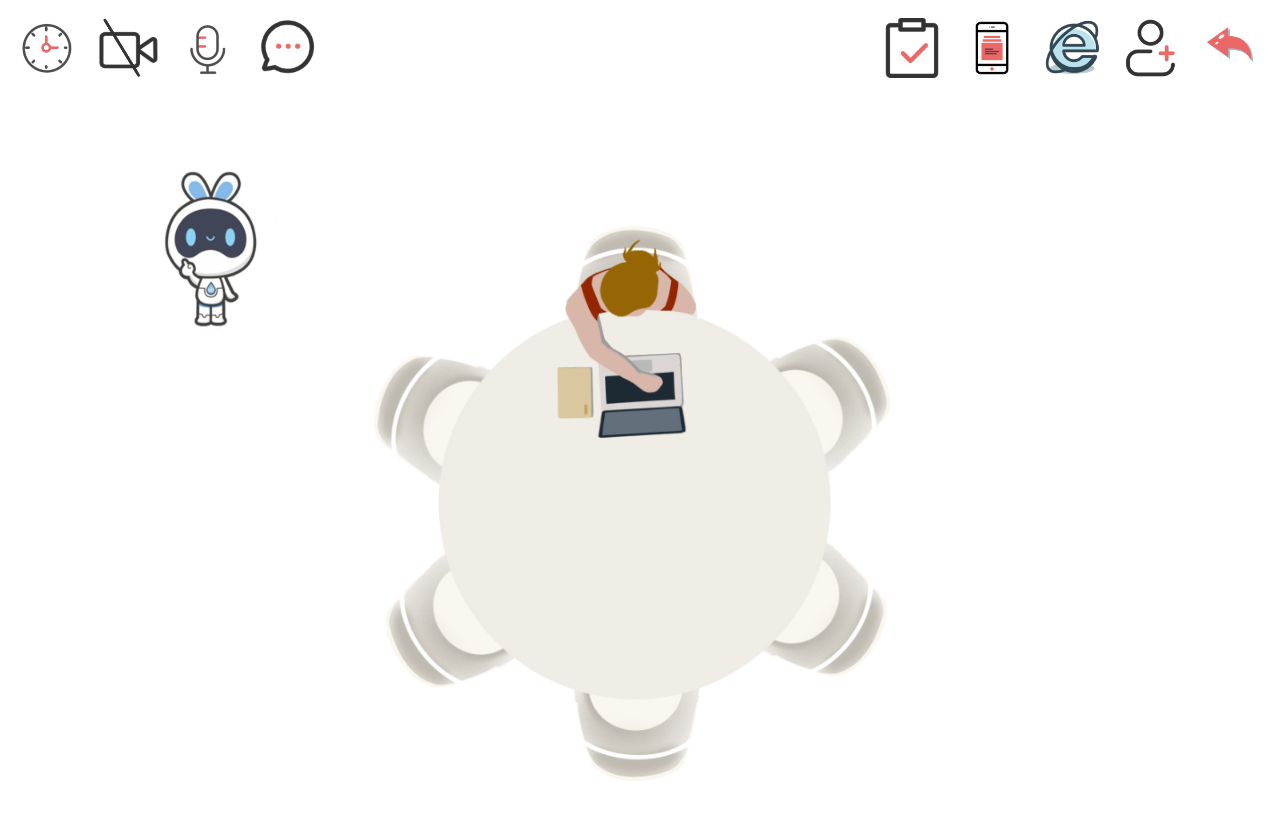
Repository: Team-Extrememe/Online-Study-Room
Page: main.html
An editor plug-in stored every save of this project. The page is shown before and after the next save, followed by the edit.
The browser window is 1280 px wide. The pictures show the whole page.

Above is the page before, as saved 2021-10-06 18:57:09.

### main.html
<!DOCTYPE html>
<html lang="en">
<head class="header">
    <meta charset="UTF-8">
    <meta http-equiv="X-UA-Compatible" content="IE=edge">
    <meta name="viewport" content="width=device-width, initial-scale=1.0">
    <link rel="stylesheet" href="./css/styles.css">
    <script src="js/jquery-3.6.0.min.js" type="text/javascript"></script>
    <script src="./js/scipt_studyroom.js"></script>
    <script type="text/javascript" src="js/javascript.js"></script>
    <title>Study alone</title>
</head>
<body>
    <div class="left">
        <ul id="nav_left">
        <li>
            <img class="clock" src="./Images/clock.png" alt="clock">
            <div>
                <span class="selected_time"></span>
            </div>
        </li>
        <li>


            <div class="camera">
                <img src="./Images/camera_close.png" alt="video" id="video">
            </div>
            <div id="light8" class="preview">
                <div class="close_guide_button5">&times;</div>
                <span>Preview</span>
                <video autoplay="true" id="videoElement">

                </video>
                <button class="turnOn">Turn On</button>
            </div>


        </li>
        <li>
            <div>
                <img src="./Images/micro.png" alt="micro" id="micro">
            </div>
        </li>
        <li>
            <img src="./Images/chat.png" alt="chat">
        </li>
        </ul>
    </div>

    <div class="right">
        <ul id="nav_left">
        <li>
            <img src="./Images/log.png" alt="log">
        </li>
        <li>
            <img src="./Images/mobile.png" alt="mobile">
        </li>
        <li>
            <img src="./Images/internet.png" alt="internet">
        </li>
        <li>
            <img src="./Images/invite.png" alt="invite">
        </li>
        <li>
            <img src="./Images/return.png" alt="return">
        </li>
        <li>
            <div>
                <video autoplay="true" id="videoElement2">

                </video>
            </div>
        </li>
        </ul>
    </div>


    <div class="guide">
        <a href="./guide.html" target="_blank">

            <img src="./Images/r.png" alt="guide" id="rb">

        </a>
    </div>






    <div id="fade1" class="black"></div>
</body>
<footer>
    <div id="One">
        <img src="./images/One.png" alt="One">
    </div>

</footer>
</html>

### css/styles.css
#nav_left {
  list-style-type: none;
  margin: 0;
  padding: 0;
  overflow: hidden;
  /* background-color: #333; */
}

#nav_left li{
  float: left;
}

#nav_left li img{
	width: 60px;
	height: 60px;
	margin: 10px;
	margin-bottom: 0px;
	cursor: pointer;
}

.selected_time{
	/* position: absolute;
	left: 16px;
	top: 8%; */
	padding-left: 10px;
}

#nav_right li{
	float: right;
	margin-right: 10%;
}

.left,.right{

	display: inline-block;
}

 .left{
	 float: left;
}

.right
{
	float: right;
}


#One img{
	width: 90%;
	height: 70%;
}


#One{
	position: absolute;
	margin-left: 20%;
	top: 20%;


}

.guide{

	/* position: absolute; */
	position: absolute;
	/* float: right; */
	top: 15%;
	/* right: 10px; */
	/* right: 0; */
	/* margin-top: 20%; */
	/* margin-right: 30%; */

}

.guide a img{
	width: 400px;
	height: 300px;
}

/* footer{
	display: flex;
	align-items: center;
	position: absolute;
	bottom: 0;
} */

/* Change the link color to #111 (black) on hover */
#nav li a:hover {
  background-color: #111;
}

/* camera preview*/
.preview{
	display: none;
    position: absolute;
    bottom: 45%;
    left: 40%;
    width: 360px;
    height: 280px;
    border: 10x solid black;
    background-color: white;
    z-index:1002;
    overflow: none;
}

.preview span{
	position: absolute;
	top: 10%;
	left: 43%;
}

.light8{
    display: block;
}

#fade1{
    display: none;
}

.black{
    display: none;
    position: absolute;
    top: 0%;
    left: 0%;
    width: 100%;
    height: 100%;
    background-color: black;
    z-index:1001;
    opacity:.80;
    filter: alpha(opacity=88);
}

#videoElement{
	width: 215px;
	height: 161px;
	position: absolute;
	bottom: 20%;
	left: 22%;
}

.close_guide_button5{
    position: absolute;
    right: 14px;
    top: 0px;
    font-size: 20px;
    cursor: pointer;
}

.turnOn{
	position: absolute;
	bottom: 5%;
	left: 40%;
    width: 99px;
    height: 30px;
    background: inherit;
    background-color: rgba(51, 51, 51, 1);
    box-sizing: border-box;
    border-width: 3px;
    border-style: solid;
    border-color: rgba(51, 51, 51, 1);
    border-radius: 71px;
    box-shadow: 5px 5px 5px rgb(0 0 0 / 35%);
    font-size: 16px;
    color: rgba(255, 255, 255, 0.996078431372549);
    cursor: pointer;
}

#videoElement2{
	position: absolute;
	right: 5%;
	top: 17%;
	border-radius: 5px;
	width: 240px;
	height: 180px;
}

.videoShadow{
	box-shadow: rgba(6, 24, 44, 0.4) 0px 0px 0px 2px, rgba(6, 24, 44, 0.65) 0px 4px 6px -1px, rgba(255, 255, 255, 0.08) 0px 1px 0px inset;
}

### js/javascript.js
$(document).ready(function(){

    $(".create").click(function(){
        openDialog();
    });

    $(".join").click(function(){
        openDialog2();
    });

    $(".close_button").click(function(){
        closeDialog();
    })

    $(".close_button2").click(function(){
        closeDialog2();
    })

    $(".close_guide_button").click(function(){
        closeBubble();
    });

    $(".next").click(function(){
        closeBubble();
        document.getElementById('fade1').style.display='block';
        document.getElementById('light4').style.display='block';
        $(".rabbit2").css("display", "block");
    });

    $(".next2").click(function(){
        closeBubble2();
        document.getElementById('fade1').style.display='block';
        document.getElementById('light5').style.display='block';
        $(".rabbit3").css("display", "block");
    });

    $(".next3").click(function(){
        closeBubble3();
        document.getElementById('fade1').style.display='block';
        document.getElementById('light6').style.display='block';
        $(".rabbit4").css("display", "block");
    });

    $(".next4").click(function(){
        closeBubble4();
        document.getElementById('fade1').style.display='block';
        document.getElementById('light7').style.display='block';
        $(".rabbit5").css("display", "block");
    });

    $(".close_guide_button2").click(function(){
        closeBubble2();
    });

    $(".close_guide_button3").click(function(){
        closeBubble3();
    });

    $(".close_guide_button4").click(function(){
        closeBubble4();
    });

    $(".end").click(function(){
        closeBubble5();
    });

    $(".back").click(function(){
        closeBubble2();
        openBubble();
    });

    $('.back2').click(function(){
        closeBubble3();
        openBubble2();
    });

    $('.back3').click(function(){
        closeBubble4();
        openBubble3();
    });

    $('.repeat').click(function(){
        closeBubble5();
        openBubble();
    });

    function openDialog(){
        document.getElementById('light').style.display='block';
        document.getElementById('fade').style.display='block';
    }

    function openDialog2(){
        document.getElementById('light2').style.display='block';
        document.getElementById('fade').style.display='block';
    }

    function closeDialog(){
        document.getElementById('light').style.display='none';
        document.getElementById('fade').style.display='none';
    }

    function closeDialog2(){
        document.getElementById('light2').style.display='none';
        document.getElementById('fade').style.display='none';
    }

    function openBubble(){
        document.getElementById('light3').style.display='block';
        document.getElementById('fade1').style.display='block';
        $(".rabbit").css("display", "block");
    }

    function openBubble2(){
        document.getElementById('light4').style.display='block';
        document.getElementById('fade1').style.display='block';
        $(".rabbit2").css("display", "block");
    }

    function openBubble3(){
        document.getElementById('light5').style.display='block';
        document.getElementById('fade1').style.display='block';
        $(".rabbit3").css("display", "block");
    }


    function closeBubble(){
        document.getElementById('light3').style.display='none';
        document.getElementById('fade1').style.display='none';
        $(".rabbit").css("display", "none");
    }

    function closeBubble2(){
        document.getElementById('light4').style.display='none';
        document.getElementById('fade1').style.display='none';
        $(".rabbit2").css("display", "none");
    }

    function closeBubble3(){
        document.getElementById('light5').style.display='none';
        document.getElementById('fade1').style.display='none';
        $(".rabbit3").css("display", "none");
    }

    function closeBubble4(){
        document.getElementById('light6').style.display='none';
        document.getElementById('fade1').style.display='none';
        $(".rabbit4").css("display", "none");
    }

    function closeBubble5(){
        document.getElementById('light7').style.display='none';
        document.getElementById('fade1').style.display='none';
        $(".rabbit5").css("display", "none");
    }

    $('.confirm_create').click(function(){
        var time = $('#time').val();
        localStorage.setItem("time", time);
    });

    if(localStorage.getItem("time") != null){
        var selected_time = localStorage.getItem("time");
        console.log(selected_time);
        $(".selected_time").html(selected_time);
    }

    var countDownTime = localStorage.getItem("time");
    var interval = setInterval(function(){
        if(countDownTime == null){
            return;
        }
        var timer = countDownTime.split(':');
        var hours = parseInt(timer[0], 10);
        var minutes = parseInt(timer[1], 10);
        var seconds = parseInt(timer[2], 10);
        --seconds;
        minutes = (seconds < 0) ? --minutes : minutes;
        hours = (minutes < 0) ? --hours : hours;
        hours = (hours < 10)? '0' + hours : hours;
        minutes = (minutes < 0) ? 59 : minutes;
        minutes = (minutes < 10)? '0' + minutes : minutes;
        if(hours < 0) clearInterval(interval);
        seconds = (seconds < 0) ? 59 : seconds;
        seconds = (seconds < 10)? '0' + seconds : seconds;
        $(".selected_time").html(hours + ':' + minutes + ':' + seconds);
        countDownTime = hours + ":" + minutes + ":" + seconds;
        localStorage.setItem("time", countDownTime);
    }, 1000);

    var off = 0;
    $("#micro").click(function(){
        if(off == 0){
            $(this).attr("src", "Images/close_mic.png");
            $(this).css("width", "40px");
            $(this).css("margin-left", "20px");
            $(this).css("margin-right", "20px");
            $(this).addClass("micOff");
            off = 1;
        }else if(off == 1){
            $(this).attr("src", "Images/micro.png");
            $(this).css("width", "60px");
            $(this).css("margin", "10px");
            $(this).css("height", "60px");
            off = 0;
        }

    });

    var cam = 0;
    var newVideo;
    $(".camera").click(function(){
        if(cam == 0){
            document.getElementById('light8').style.display='block';
            document.getElementById('fade1').style.display='block';
            navigator.mediaDevices.getUserMedia({
                video: true
                })
                .then(stream => {
                window.localStream = stream;
                video.srcObject = stream;
                newVideo = stream;
                })
                .catch((err) => {
                console.log(err);
                });
            cam = 1;
        }else if(cam == 1){
            $("#video").attr("src", "Images/camera_close.png");
            localStream.getVideoTracks()[0].stop();
            video.src = '';
            video.srcObject = null;
            video2.srcObject = null;
            cam = 0;
            $("#videoElement2").removeClass("videoShadow");
        }
    });

    function closePreview(){
        document.getElementById('light8').style.display='none';
        document.getElementById('fade1').style.display='none';
        cam = 0;
    }

    $(".close_guide_button5").click(function(){
        closePreview();
        $("#video").attr("src", "Images/camera_close.png");
        cam = 0;
    });

    const video = document.querySelector('#videoElement');

    const captureVideoButton = document.querySelector('.camera');
    const stopVideoButton = document.querySelector('.close_guide_button5');

    //Capture Video
    // $(captureVideoButton).click(function(){
    //     navigator.mediaDevices.getUserMedia({
    //         video: true
    //         })
    //         .then(stream => {
    //         window.localStream = stream;
    //         video.srcObject = stream;
    //         })
    //         .catch((err) => {
    //         console.log(err);
    //         });
    // });
    // captureVideoButton.onclick = function() {
    //     navigator.mediaDevices.getUserMedia({
    //     video: true
    //     })
    //     .then(stream => {
    //     window.localStream = stream;
    //     video.srcObject = stream;
    //     })
    //     .catch((err) => {
    //     console.log(err);
    //     });
    // };

    stopVideoButton.onclick = function() {
        localStream.getVideoTracks()[0].stop();
        video.src = '';
    };

    // const video2 = document.querySelector('#videoElement2');
    var video2 = document.querySelector('#videoElement2');

    var constraints = { video: {width: 240,height: 180}};
    $(".turnOn").click(function(){
        closePreview();
        $("#video").attr("src", "Images/video.png");
        $(".camera").addClass("on");
        $(".camera").removeClass("camera");
        cam = 1;
        video2.srcObject = newVideo;
        video2.onloadedmetadata = function(e) {
            video2.play();
        };
        $("#videoElement2").addClass("videoShadow");

    //     navigator.mediaDevices.getUserMedia(constraints).then(function(mediaStream) {
    //     video2.srcObject = newVideo;

    //     // $("#videoElement2").css({"border-color": "grey", "border-width" : "1px", "border-style" : "solid"});
        // $("#videoElement2").addClass("videoShadow");
    // });

    });

    // $(window).unload(function(){
    //     localStorage.removeItem("time");
    // });

    window.onbeforeunload = function(e){
        localStorage.removeItem("time");
    };

});

Loaded but not shown: js/jquery-3.6.0.min.js (library); js/scipt_studyroom.js (no copy from this time; the picture is the same without it)

After the next save:
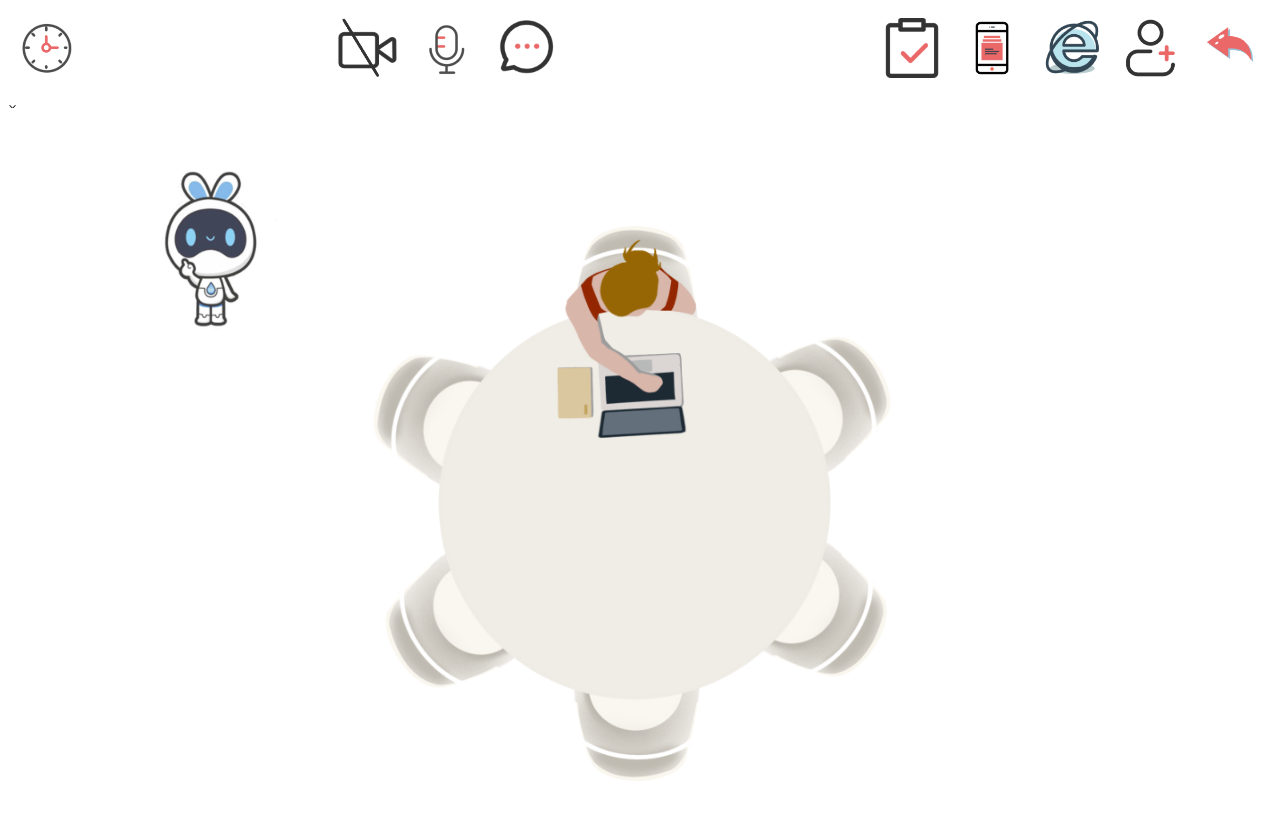
Saved 19 h 26 min later.
--- a/main.html
+++ b/main.html
@@ -17,6 +17,12 @@
             <img class="clock" src="./Images/clock.png" alt="clock">
             <div>
                 <span class="selected_time"></span>
+            </div>
+            <div id="light9" class="increase_time">
+                <div class="close_guide_button6">&times;</div>
+                <span>Increase Your Duration</span>
+                <input id="increasetime" type="time">
+                <button>Confirm</button>
             </div>
         </li>
         <li>

After the save that followed:
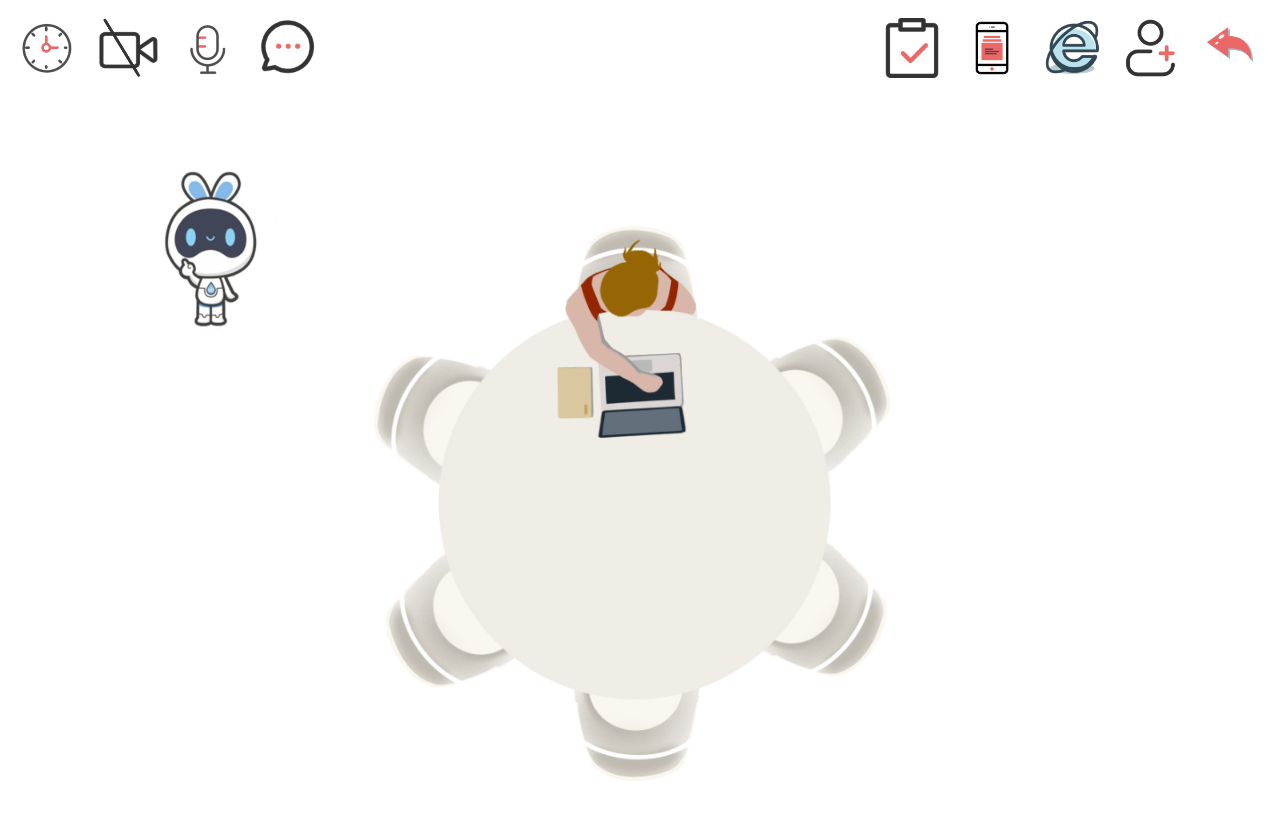
Saved 109 s later.
--- a/css/styles.css
+++ b/css/styles.css
@@ -177,3 +177,20 @@
 .videoShadow{
 	box-shadow: rgba(6, 24, 44, 0.4) 0px 0px 0px 2px, rgba(6, 24, 44, 0.65) 0px 4px 6px -1px, rgba(255, 255, 255, 0.08) 0px 1px 0px inset;
 }
+
+.increase_time{
+	display: none;
+    position: absolute;
+    bottom: 45%;
+    left: 40%;
+    width: 360px;
+    height: 280px;
+    border: 10x solid black;
+    background-color: white;
+    /* z-index:1002;  */
+    overflow: none;
+}
+
+.light9{
+	display: block;
+}
